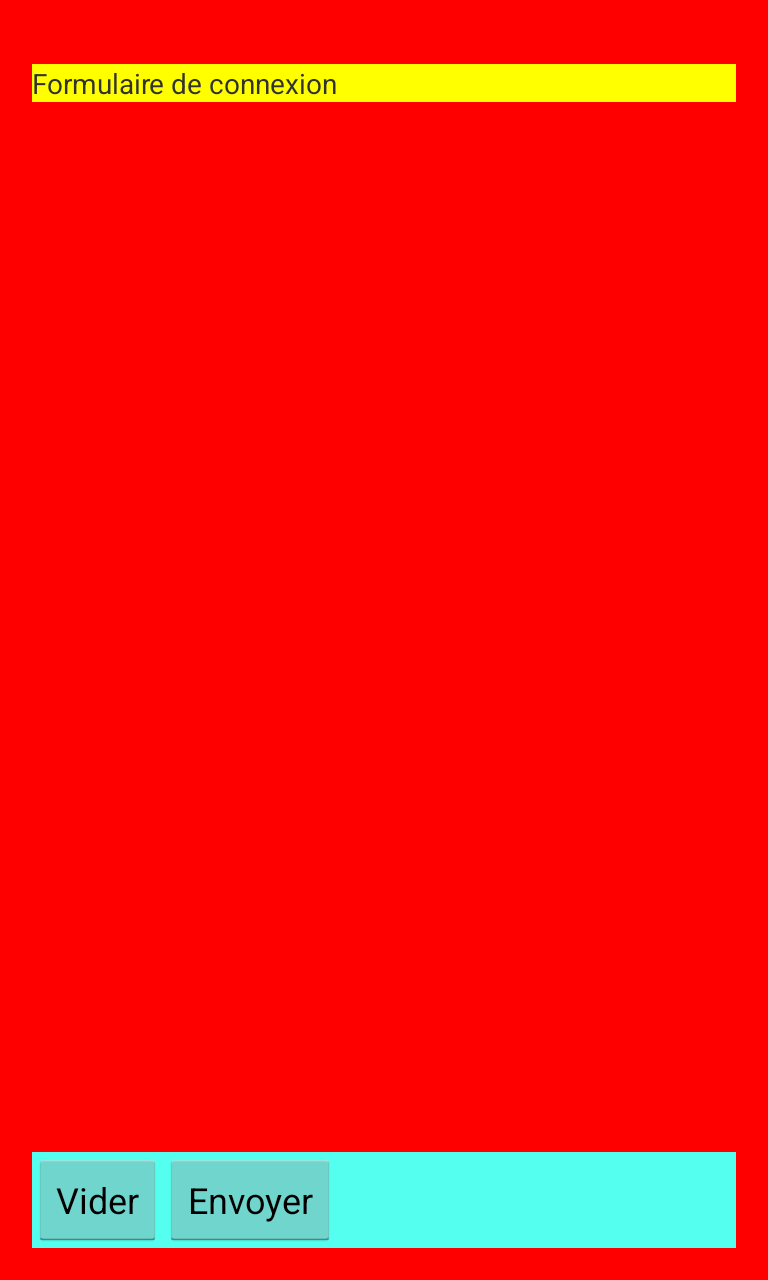
Repository: ablanchard/formation-android
Layout: ParlezVousAndroid/res/layout/fragment_main.xml
These files come from the project's save history. The layout is drawn as it stood at one moment and after the next save; the edit follows.
It is drawn on a 768 x 1280 px phone screen (xhdpi) without system bars, with theme AppTheme; the app's code is not run.

Above is the layout before, as saved 2014-04-29 08:54:33.

After the next save:
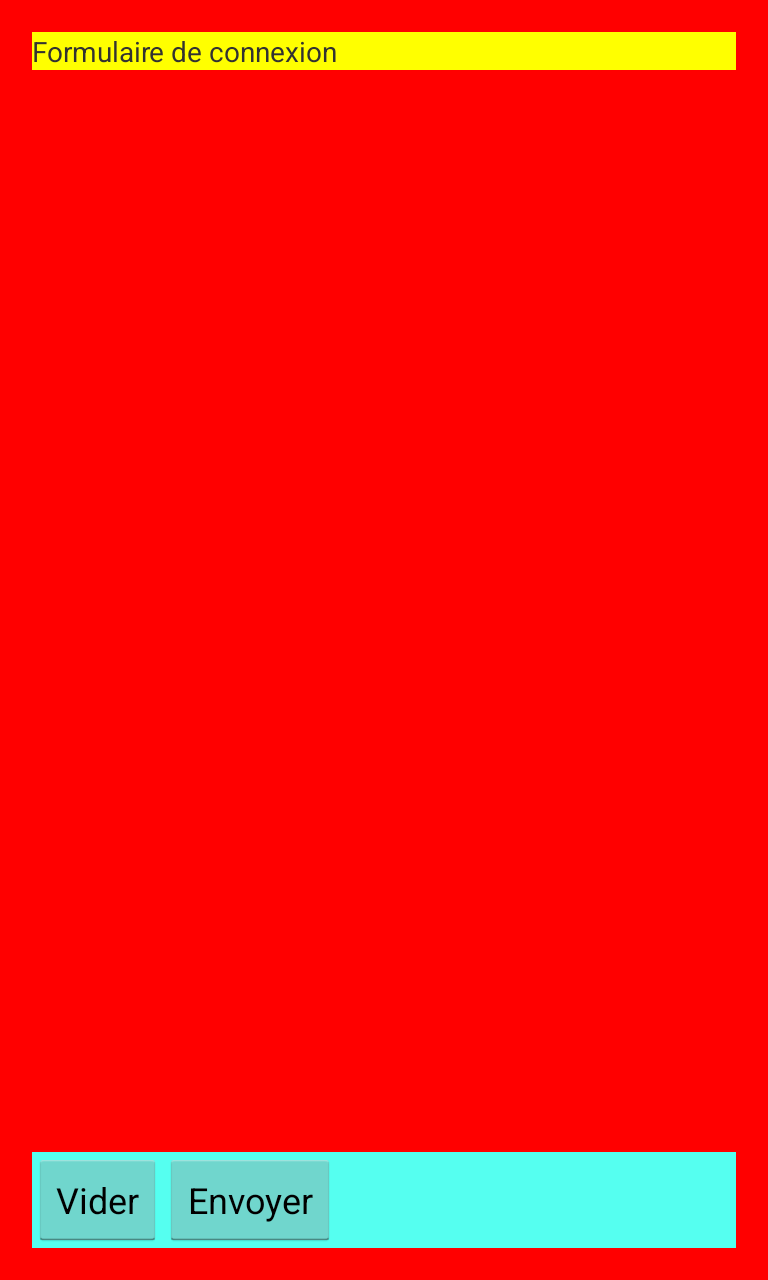
Saved 28 s later.
--- a/ParlezVousAndroid/res/layout/fragment_main.xml
+++ b/ParlezVousAndroid/res/layout/fragment_main.xml
@@ -15,10 +15,8 @@
         android:layout_height="wrap_content"
         android:layout_alignParentTop="true"
         android:layout_centerHorizontal="true"
-        android:layout_marginTop="16dp"
         android:background="#FFFFFF00"
-        android:orientation="vertical"
-        android:layout_alignParentTop="true" >
+        android:orientation="vertical" >
 
         <TextView
             android:layout_width="wrap_content"
